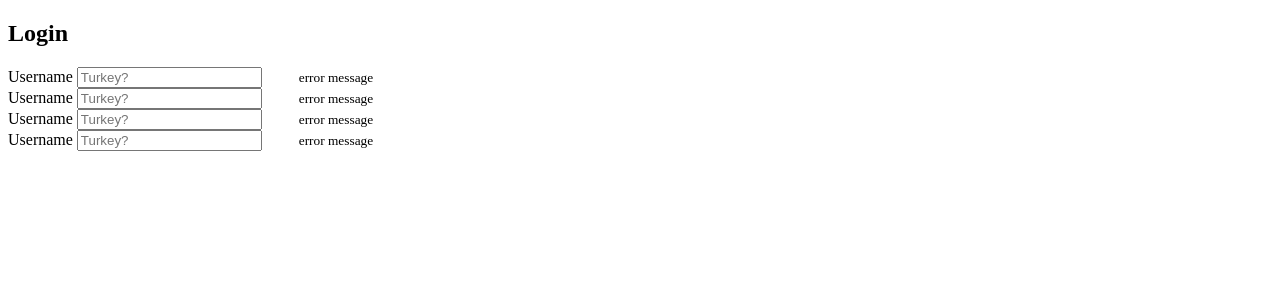
Repository: Abdoulrhman-altyeb/form-_validation-
Page: index.html
An editor plug-in stored every save of this project. The page is shown before and after the next save, followed by the edit.
The browser window is 1280 px wide. The pictures show the whole page.

Above is the page before, as saved 2021-05-23 20:38:43.

### index.html
<!DOCTYPE html>
<html lang="en">
<head>
    <meta charset="UTF-8">
    <meta http-equiv="X-UA-Compatible" content="IE=edge">
    <meta name="viewport" content="width=device-width, initial-scale=1.0">
    <link rel="stylesheet" href="https://cdnjs.cloudflare.com/ajax/libs/font-awesome/5.15.3/css/all.min.css"
        integrity="sha512-iBBXm8fW90+nuLcSKlbmrPcLa0OT92xO1BIsZ+ywDWZCvqsWgccV3gFoRBv0z+8dLJgyAHIhR35VZc2oM/gI1w=="
        crossorigin="anonymous" referrerpolicy="no-referrer" />
    <title>form validation</title>
</head>
<body>
    <div class="conatiner">
        <div class="header">
            <h2>Login</h2>
        </div>
        <form class="form">
            <div class="form-control">
                <label for="username">Username</label>
                <input type="text" placeholder="Turkey?" id="username">
                <i class="fad fa-check-circle"></i>
                <i class="fad fa-exclamation-circle"></i>
                <small>error message</small>
            </div>
            <div class="form-control">
                <label for="username">Username</label>
                <input type="text" placeholder="Turkey?" id="username">
                <i class="fad fa-check-circle"></i>
                <i class="fad fa-exclamation-circle"></i>
                <small>error message</small>
            </div>
            <div class="form-control">
                <label for="username">Username</label>
                <input type="text" placeholder="Turkey?" id="username">
                <i class="fad fa-check-circle"></i>
                <i class="fad fa-exclamation-circle"></i>
                <small>error message</small>
            </div>
            <div class="form-control">
                <label for="username">Username</label>
                <input type="text" placeholder="Turkey?" id="username">
                <i class="fad fa-check-circle"></i>
                <i class="fad fa-exclamation-circle"></i>
                <small>error message</small>
            </div>
        </form>
    </div>
</body>
</html>

After the next save:
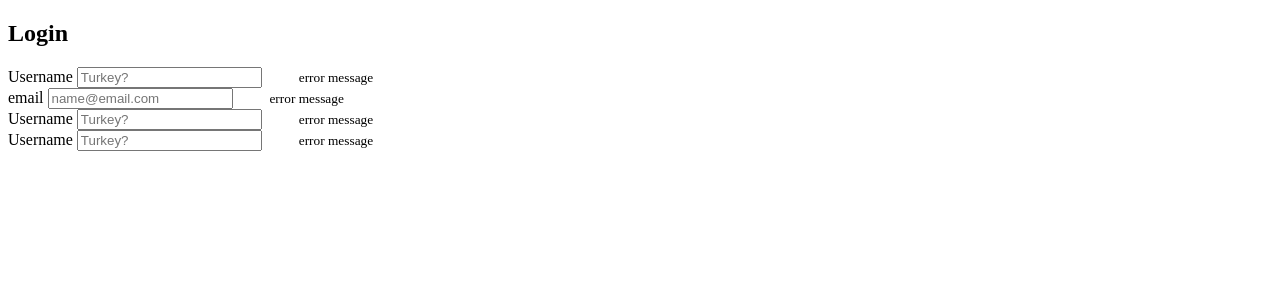
Saved 26 s later.
--- a/index.html
+++ b/index.html
@@ -23,8 +23,8 @@
                 <small>error message</small>
             </div>
             <div class="form-control">
-                <label for="username">Username</label>
-                <input type="text" placeholder="Turkey?" id="username">
+                <label for="email">email</label>
+                <input type="email" placeholder="name@email.com" id="email">
                 <i class="fad fa-check-circle"></i>
                 <i class="fad fa-exclamation-circle"></i>
                 <small>error message</small>
